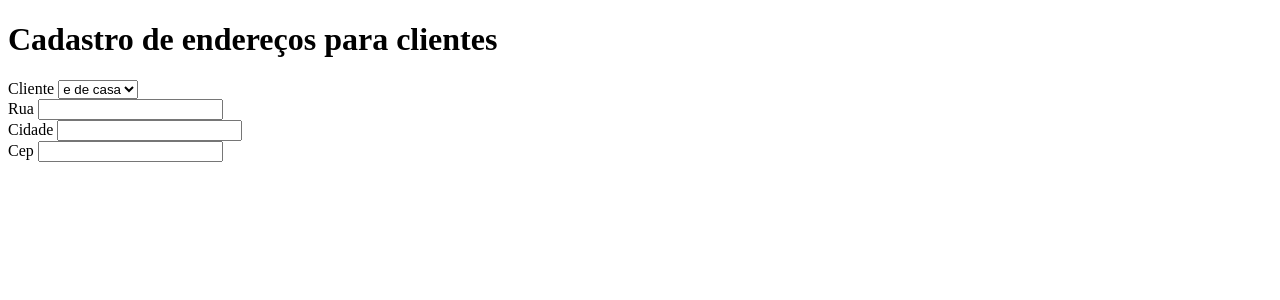
Repository: NicholasMaestrello/treinamento-impacta
Page: http://localhost/02_VendasWEB/cadEnderecos.jsp
An editor plug-in stored every save of this project. The page is shown before and after the next save, followed by the edit.
The browser window is 1280 px wide. The pictures show the whole page.
The page is served by Tomcat 9.

Above is the page before, as saved 2017-09-26 20:18:46.

After the next save:
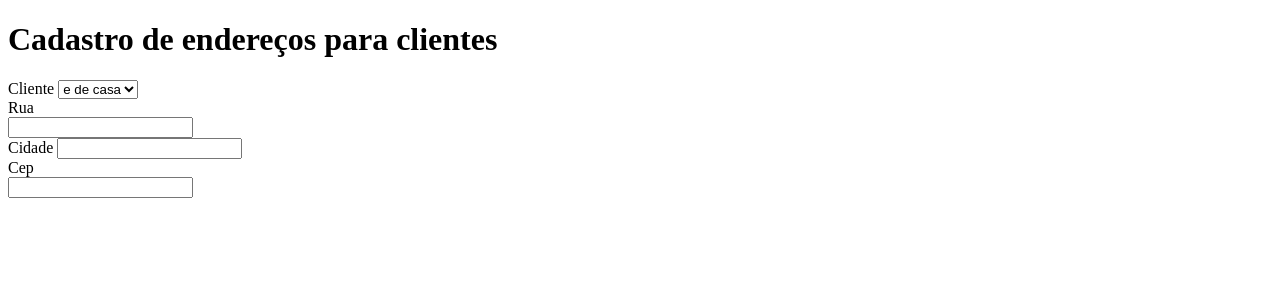
Saved 16 s later.
--- a/DesenvolvimentoJava/Modulo03/02_VendasWEB/WebContent/cadEnderecos.jsp
+++ b/DesenvolvimentoJava/Modulo03/02_VendasWEB/WebContent/cadEnderecos.jsp
@@ -15,11 +15,11 @@
 			<option value="100">senior</option>
 			<option value="200">nexo ar</option>
 		</select><br/>
-		<label for="rua">Rua</label>
+		<label for="rua">Rua</label><br/>
 		<input name="rua" id="rua" /><br/>
 		<label for="cidade">Cidade</label>
 		<input name="cidade" id="cidade" /><br/>
-		<label for="cep">Cep</label>
+		<label for="cep">Cep</label><br/>
 		<input name="cep" id="cep" /><br/>
 	</form>
 </body>
